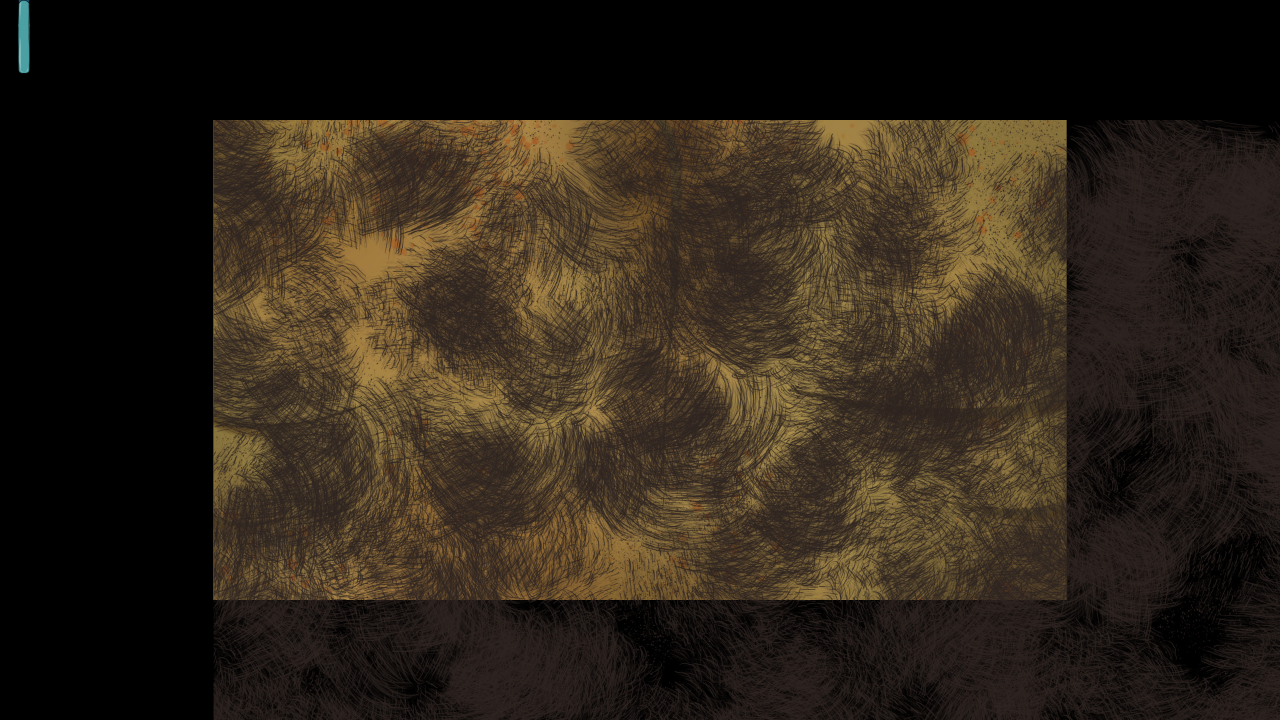
Repository: MaiCrespo/Shave-My-Back
Page: index.html
The author's editor kept a copy of each file at every save. The page is drawn from the files as they stood at one save, then again after the next save.
The browser window is 1280 px wide. The pictures show the whole page.

Above is the page before, as saved 2026-01-26 21:10:28.

After the next save:
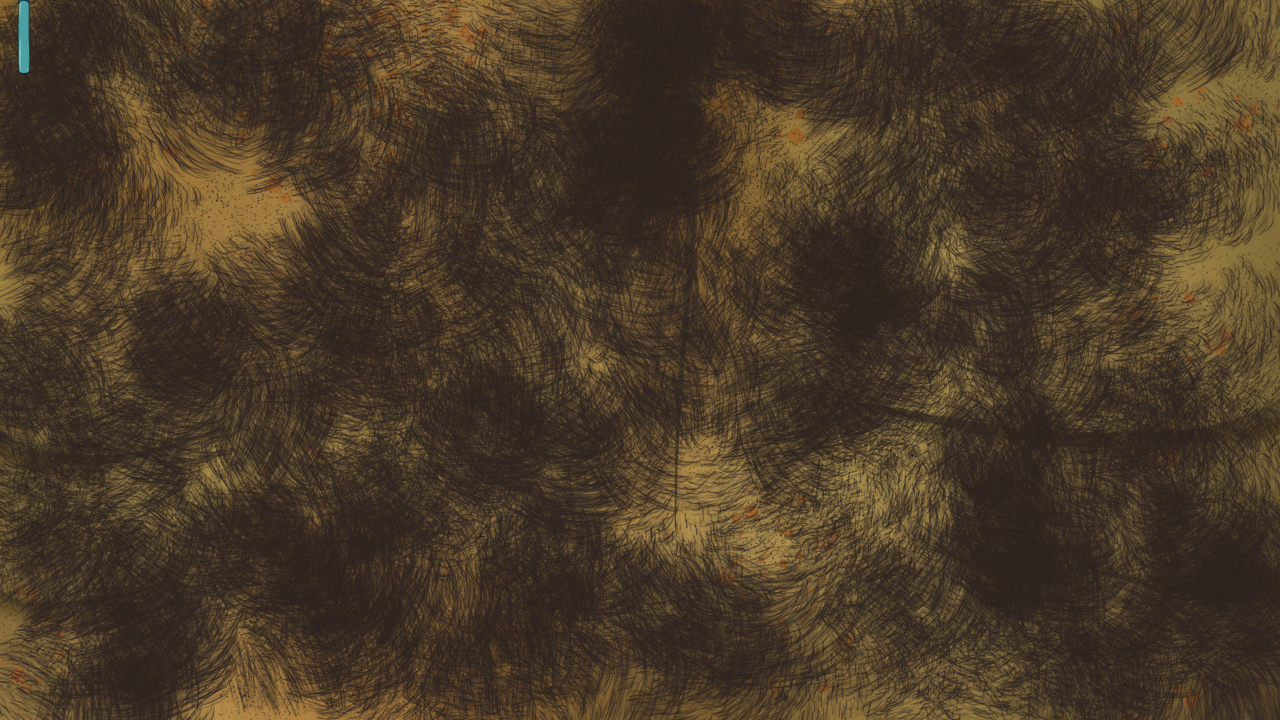
Saved 13 s later.
--- a/app.js
+++ b/app.js
@@ -3,11 +3,12 @@ const ctx = canvas.getContext("2d");
 const container = document.getElementById("game-container");
 const razor = document.getElementById("razor");
 
-// Set internal resolution to match your Skin.png
-const GAME_WIDTH = 1920;
-const GAME_HEIGHT = 1080;
-canvas.width = GAME_WIDTH;
-canvas.height = GAME_HEIGHT;
+// Set canvas to full window size
+function resizeCanvas() {
+  canvas.width = window.innerWidth;
+  canvas.height = window.innerHeight;
+}
+resizeCanvas();
 
 const hairFiles = [
   "assets/HairOne.png",
@@ -20,18 +21,7 @@ const shaveMap = {};
 let imagesLoaded = 0;
 const hairImages = [];
 
-// Handle scaling for different screen sizes
-function scaleGame() {
-  const scale = Math.min(
-    window.innerWidth / GAME_WIDTH,
-    window.innerHeight / GAME_HEIGHT
-  );
-  container.style.transform = `scale(${scale})`;
-}
-window.addEventListener("resize", scaleGame);
-scaleGame();
-
-// Load images from assets folder
+// Load images and then spawn hairs
 hairFiles.forEach((src, index) => {
   const img = new Image();
   img.src = src;
@@ -39,24 +29,26 @@ hairFiles.forEach((src, index) => {
     hairImages[index] = img;
     imagesLoaded++;
     if (imagesLoaded === hairFiles.length) {
-      initGame();
+      initHairs();
     }
   };
 });
 
-function initGame() {
-  // Fill the 1920x1080 area with random overlapping hairs
-  for (let i = 0; i < 600; i++) {
+function initHairs() {
+  // Fill the entire screen. More hairs = denser coverage.
+  const hairDensity = 600;
+  for (let i = 0; i < hairDensity; i++) {
     const img = hairImages[Math.floor(Math.random() * hairImages.length)];
-    const x = Math.random() * GAME_WIDTH;
-    const y = Math.random() * GAME_HEIGHT;
+    const x = Math.random() * canvas.width;
+    const y = Math.random() * canvas.height;
 
     ctx.save();
     ctx.translate(x, y);
     ctx.rotate(Math.random() * Math.PI);
-    ctx.drawImage(img, -75, -75, 200, 200);
+    ctx.drawImage(img, -75, -75, 150, 150);
     ctx.restore();
   }
+  // Set globalCompositeOperation to 'destination-out' for the shaving effect
   ctx.globalCompositeOperation = "destination-out";
 }
 
@@ -65,13 +57,8 @@ window.addEventListener("mousemove", (e) => {
   razor.style.top = e.clientY + "px";
 
   if (e.buttons === 1) {
-    // Calculate mouse position relative to the scaled container
-    const rect = container.getBoundingClientRect();
-    const scale = rect.width / GAME_WIDTH;
-    const x = (e.clientX - rect.left) / scale;
-    const y = (e.clientY - rect.top) / scale;
-
-    shave(x, y);
+    // While holding left click
+    shave(e.clientX, e.clientY);
   }
 });
 
@@ -80,17 +67,16 @@ function shave(x, y) {
   ctx.arc(x, y, 40, 0, Math.PI * 2);
   ctx.fill();
 
-  // Trigger Wound: If user shaves the same spot too many times
-  const gridKey = `${Math.floor(x / 25)}-${Math.floor(y / 25)}`;
+  // Trigger Wound Logic: Shave "deeper" than stubble
+  const gridKey = `${Math.floor(x / 20)}-${Math.floor(y / 20)}`;
   shaveMap[gridKey] = (shaveMap[gridKey] || 0) + 1;
 
-  // Threshold for "shaving deeper than HairOne"
-  if (shaveMap[gridKey] === 30) {
+  if (shaveMap[gridKey] === 25) {
     const wound = document.createElement("img");
     wound.src = "assets/Wound.png";
     wound.className = "wound";
-    wound.style.left = x - 50 + "px";
-    wound.style.top = y - 50 + "px";
+    wound.style.left = x - 40 + "px";
+    wound.style.top = y - 40 + "px";
     container.appendChild(wound);
   }
 }
